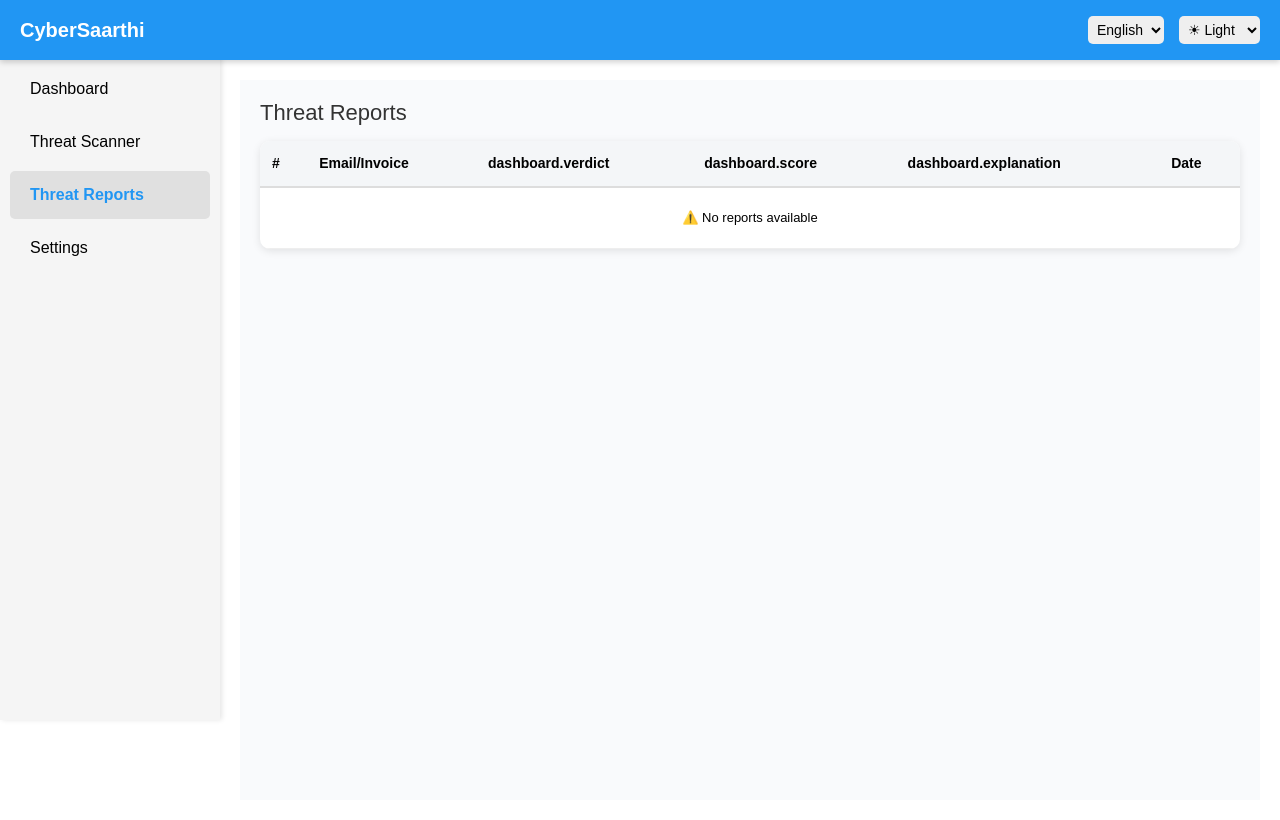
Repository: riyaaaa19/CyberSaarthi
Page: /reports (app in frontend/)
An editor plug-in stored every save of this project. The page is shown before and after the next save, followed by the edit.
The browser window is 1280 px wide. The pictures show the whole page.
The page's requests for data from a server got no answer. The project was rebuilt for these pictures with package versions that can differ from the ones it lists, and the page was loaded fresh each time. No one was signed in, and anything a server would have sent is missing. Also part of the build but not shown: frontend/vite.config.ts, frontend/src/services/api.js, frontend/src/pages/Dashboard.js, frontend/src/pages/Scanner.js, frontend/src/pages/Settings.js.

Above is the page before, as saved 2025-08-21 19:06:29.

After the next save:
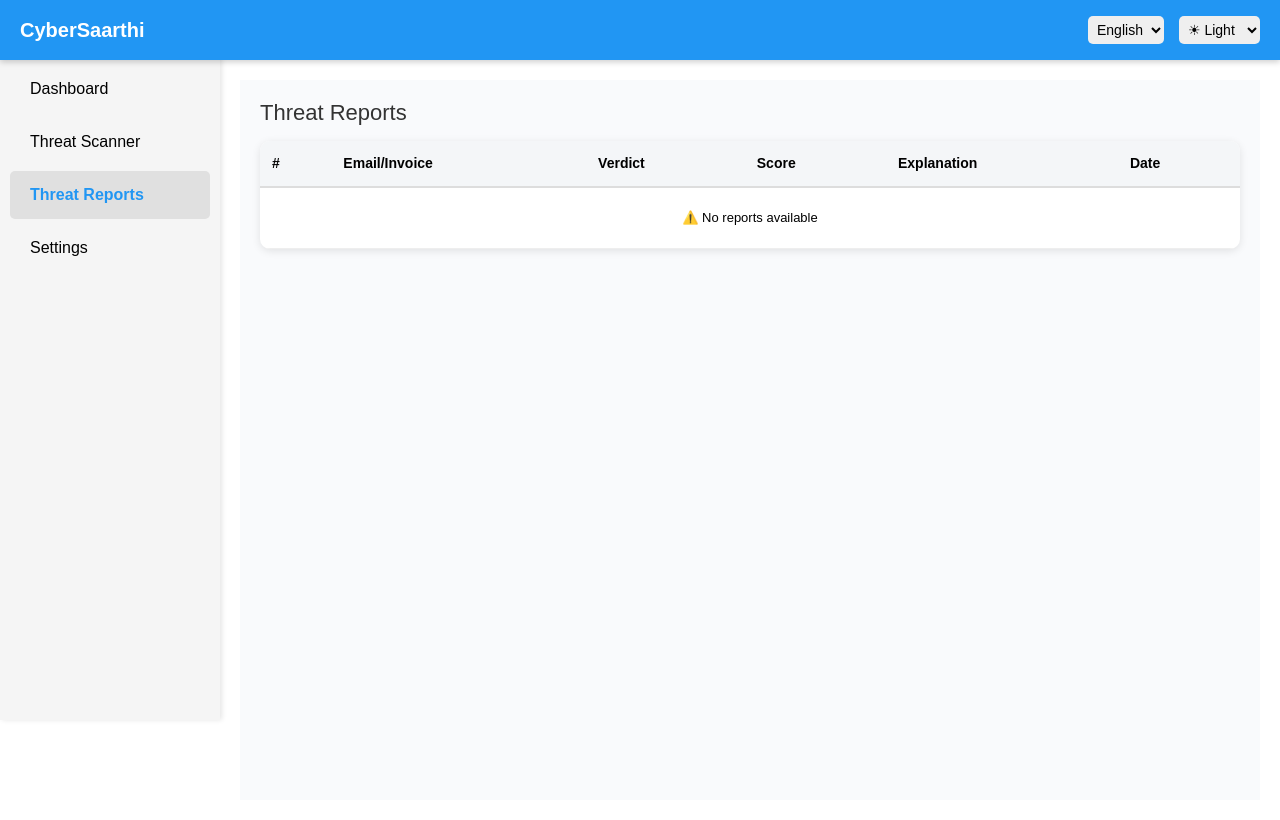
Saved 4 min 23 s later.
--- a/frontend/src/i18n.js
+++ b/frontend/src/i18n.js
@@ -21,8 +21,16 @@ const MESSAGES = {
     // Dashboard
     "dashboard.title": "Dashboard",
     "dashboard.total": "Total Scans",
-    "dashboard.susp": "Suspicious",
-    "dashboard.mal": "Malicious",
+    "dashboard.safe": "Safe",
+    "dashboard.suspicious": "Suspicious",
+    "dashboard.malicious": "Malicious",
+    "dashboard.distribution": "Threat Distribution",
+    "dashboard.trend": "Threat Trend",
+    "dashboard.recentReports": "Recent Reports",
+    "dashboard.verdict": "Verdict",
+    "dashboard.score": "Score",
+    "dashboard.explanation": "Explanation",
+    "dashboard.noReports": "No reports available",
 
     // Reports
     "reports.title": "Threat Reports",
@@ -64,8 +72,16 @@ const MESSAGES = {
     // Dashboard
     "dashboard.title": "डैशबोर्ड",
     "dashboard.total": "कुल स्कैन",
-    "dashboard.susp": "संदिग्ध",
-    "dashboard.mal": "हानिकारक",
+    "dashboard.safe": "सुरक्षित",
+    "dashboard.suspicious": "संदिग्ध",
+    "dashboard.malicious": "हानिकारक",
+    "dashboard.distribution": "खतरे का वितरण",
+    "dashboard.trend": "खतरे का रुझान",
+    "dashboard.recentReports": "हाल की रिपोर्टें",
+    "dashboard.verdict": "फैसला",
+    "dashboard.score": "स्कोर",
+    "dashboard.explanation": "व्याख्या",
+    "dashboard.noReports": "कोई रिपोर्ट उपलब्ध नहीं",
 
     // Reports
     "reports.title": "खतरा रिपोर्ट",
